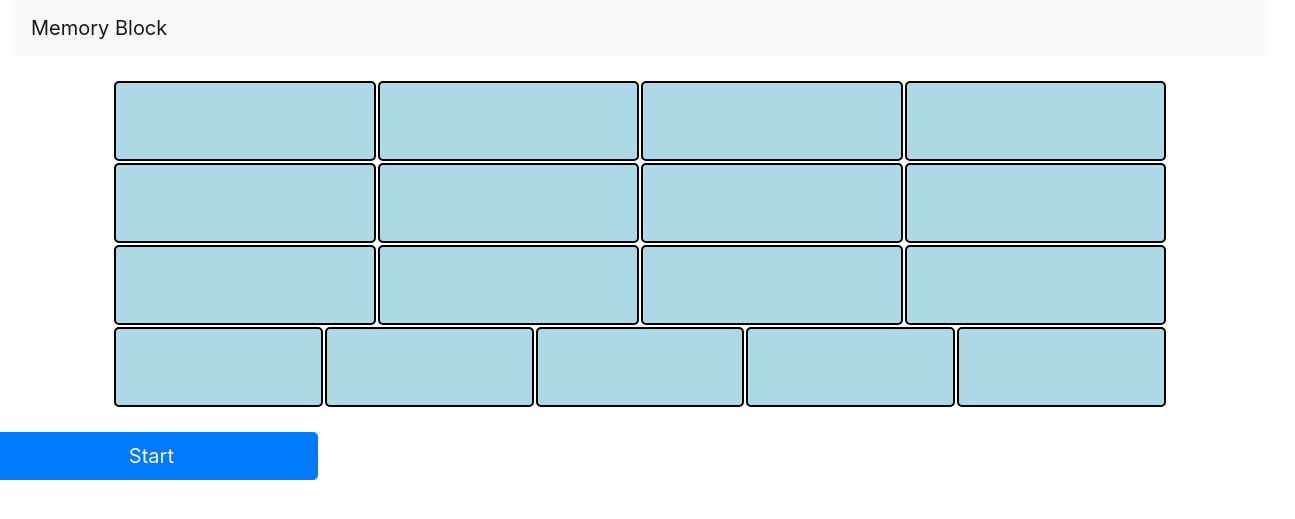
Repository: chrisrees85/memory-block
Page: hard.html
The author's editor kept a record of every edit. The page is drawn from the files as they stood at one moment, then again after the next edit.
The browser window is 1280 px wide. The page is 1295 px wide, so the pictures cover 1295 px, including what lies to the right of the window. The pictures show the whole page.

Above is the page before.

### hard.html
<!DOCTYPE html>
<html lang="en">

<head>
    <meta charset="UTF-8">
    <meta name="viewport" content="width=device-width, initial-scale=1.0">
    <meta http-equiv="X-UA-Compatible" content="ie=edge">
    <title>Memory Block</title>
    <link rel="stylesheet" href="https://stackpath.bootstrapcdn.com/bootstrap/4.3.1/css/bootstrap.min.css" integrity="sha384-ggOyR0iXCbMQv3Xipma34MD+dH/1fQ784/j6cY/iJTQUOhcWr7x9JvoRxT2MZw1T" crossorigin="anonymous">
    <link rel="stylesheet" href="assets/css/style.css" type="text/css" />
</head>

<body>
    <div class="container-fluid">
        <nav class="navbar navbar-light bg-light">
            <a class="navbar-brand" href="index.html">Memory Block</a>
        </nav>
    </div>
    </br>
        <div class="board">
            <div class="row">
                <div class="col tiles"></div>
                <div class="col tiles"></div>
                <div class="col tiles"></div>
                <div class="col tiles"></div>
            </div>
            <div class="row">
                <div class="col tiles"></div>
                <div class="col tiles"></div>
                <div class="col tiles"></div>
                <div class="col tiles"></div>

            </div>
            <div class="row">
                <div class="col tiles"></div>
                <div class="col tiles"></div>
                <div class="col tiles"></div>
                <div class="col tiles"></div>

            </div>
            <div class="row">
                <div class="col tiles"></div>
                <div class="col tiles"></div>
                <div class="col tiles"></div>
                <div class="col tiles"></div>
                <div class="col tiles"></div>
            </div>
        </div>
        </br>
        <div class="row">

            <div id="btn"></div>

        </div>
    </div>

    <div class="modal fade" id="exampleModal" tabindex="-1" role="dialog" aria-labelledby="exampleModalLabel" aria-hidden="true">
        <div class="modal-dialog" role="document">
            <div class="modal-content">
                <div class="modal-header">
                    <h5 class="modal-title" id="modal-head"></h5>
                    <button type="button" class="close" data-dismiss="modal" aria-label="Close">
          <span aria-hidden="true">&times;</span>
        </button>
                </div>
                <div class="modal-body" id='modal-text'>
                </div>
                <div class="modal-footer" id="modal-btn">
                    <button  type="button" class="btn btn-secondary" data-dismiss="modal">Try Again</button>
                </div>
            </div>
        </div>
    </div>


    <script src="https://code.jquery.com/jquery-3.3.1.slim.min.js" integrity="sha384-q8i/X+965DzO0rT7abK41JStQIAqVgRVzpbzo5smXKp4YfRvH+8abtTE1Pi6jizo" crossorigin="anonymous"></script>
    <script src="https://cdnjs.cloudflare.com/ajax/libs/popper.js/1.14.7/umd/popper.min.js" integrity="sha384-UO2eT0CpHqdSJQ6hJty5KVphtPhzWj9WO1clHTMGa3JDZwrnQq4sF86dIHNDz0W1" crossorigin="anonymous"></script>
    <script src="https://stackpath.bootstrapcdn.com/bootstrap/4.3.1/js/bootstrap.min.js" integrity="sha384-JjSmVgyd0p3pXB1rRibZUAYoIIy6OrQ6VrjIEaFf/nJGzIxFDsf4x0xIM+B07jRM" crossorigin="anonymous"></script>
    <script type="text/javascript" src="assets/js/scripts.js"></script>
</body>

</html>

### assets/css/style.css
*{
  padding: 0;
  margin: 0;
  box-sizing: border-box;
}

.center{
    text-align: center;
}

.board{
  width:80vw;
  margin: auto;
}

.tiles{
  background-color: lightblue;
  height:80px;
  border:2px solid black;
  border-radius: 5px;
  margin:1px;
}

.btn-right{
  float:right;
}

#btn,
#play-btn{
  width:26vw;
}

### assets/js/scripts.js
let tiles = Array.from(document.querySelectorAll('.tiles'));
let buttonDiv = document.getElementById('btn');
let tilesLength = tiles.length;
let score = 0;

// First function of the play button

function startButton() {
    buttonDiv.innerHTML = '<button type="button" class="btn btn-primary btn-lg" id="play-btn" onclick="onClick();">Start</button>';
}
startButton();

// Function performs when first button function is pressed

function onClick() {
    // Renders the button inactive so the user can't keep calling onClick function
    buttonDiv.innerHTML = '<button type="button" class="btn btn-primary btn-lg" id="play-btn">Timer Started</button>';

    // Countdown timer shown in the button text
    // Once time is up the buttons function changes to check users attempt
    let timeleft = 5;
    let countdownTimer = setInterval(function() {
        buttonDiv.innerHTML = '<button type="button" class="btn btn-primary btn-lg" id="play-btn"></button>';
        document.getElementById('play-btn').textContent = timeleft;
        timeleft -= 1;
        if (timeleft < 0) {
            clearInterval(countdownTimer);
            buttonDiv.innerHTML = '<button type="button" class="btn btn-primary btn-lg" id="play-btn" onclick="checkAttempt();" data-toggle="modal" data-target="#exampleModal">Check</button>';
        }
    }, 1000);

    // Shuffles the tiles array into a random order
    let i = tilesLength,
        rand, temp;
    while (--i > 0) {
        rand = Math.floor(Math.random() * (i + 1));
        temp = tiles[rand];
        tiles[rand] = tiles[i];
        tiles[i] = temp;
    }

    // Selects half of the shuffled array and adds the color class
    let bottomHalfTiles = tiles.slice(tilesLength / 2, tilesLength);
    bottomHalfTiles.forEach(function(i) {
        i.classList += (' green');
    });

    // Replaces the color class with an unused class after 6 seconds
    function clearBoard() {
        bottomHalfTiles.map(function(i) {
            i.classList.replace('green', 'in-play');
        });
    }
    setTimeout(clearBoard, 6000);
    console.log(tiles);

    // Activates the users ability to click and change the block color 6 seconds after the start button is pressed
    function allowUserClick() {
        tiles.forEach(function(i) {
            i.addEventListener('click', tileClicked);
        });

        function tileClicked() {
            this.classList.toggle('green');
        }
    }
    setTimeout(allowUserClick, 6000);
}


// Function checks the users answers on clicking the check button and displays a modal
function checkAttempt() {
    let modalBtn = document.getElementById('modal-btn');

    // Loops through the tiles array and increments 1 to the score if a condition is true
    function checkClasses() {
        tiles.forEach(function(it) {
            if ((it.classList.contains('in-play')) && (it.classList.contains('green'))) {
                score++;
            }
            else if ((it.classList.contains('tiles')) && (it.classList.contains('green')) && !(it.classList.contains('in-play'))) {
                score = tilesLength;
            }
        });
    }
    checkClasses();

    // Modal either gives a yes or no answer as to whether the user has succeeded
    if (score == tilesLength / 2) {
        document.getElementById('modal-head').textContent = ('CONGRATULATIONS');
        document.getElementById('modal-text').textContent = ('Your memory served you well');
        modalBtn.innerHTML = '<button type="button" class="btn btn-secondary" onclick="location.reload();">Play Again</button>';
    }else {
        document.getElementById('modal-head').textContent = ('OOPS, SORRY');
        document.getElementById('modal-text').textContent = ('Would you like to try again or Start New Game');
        modalBtn.innerHTML = '<button type="button" class="btn btn-secondary" data-dismiss="modal" onclick="reveal();">Reveal</button>';
    }
    // resets the score to 0 to keep the users attempt accurate
    score = 0;
}

function reveal(){
    revealStageTwo
    tiles.forEach(function(it){
        it.classList.remove('green');
    });
}

After the next edit:
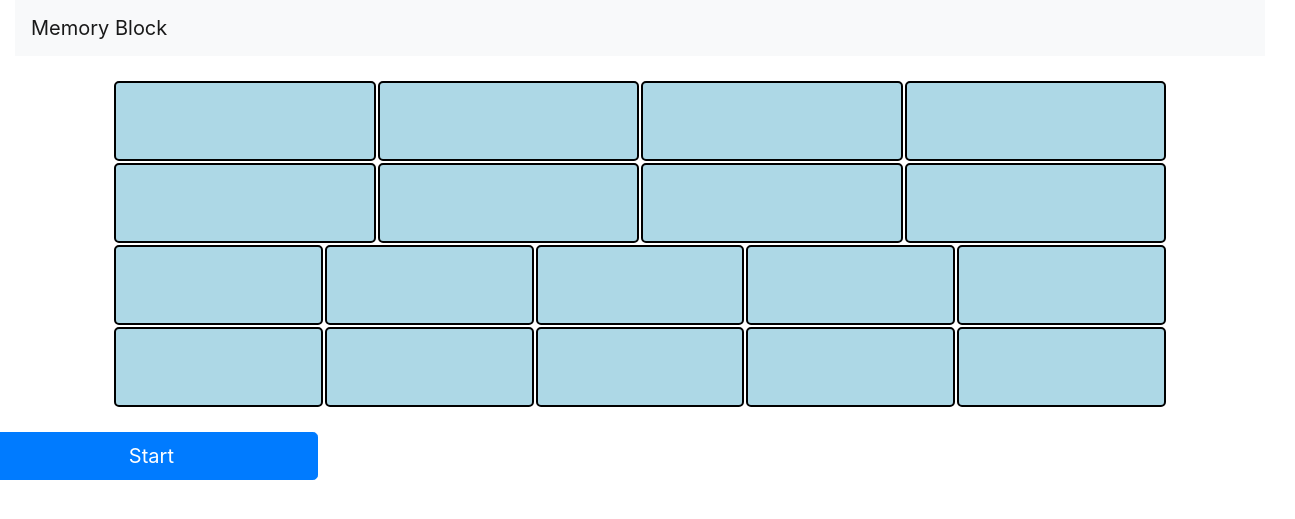
The edit:
--- a/hard.html
+++ b/hard.html
@@ -36,7 +36,7 @@
                 <div class="col tiles"></div>
                 <div class="col tiles"></div>
                 <div class="col tiles"></div>
-
+                <div class="col tiles"></div>
             </div>
             <div class="row">
                 <div class="col tiles"></div>
